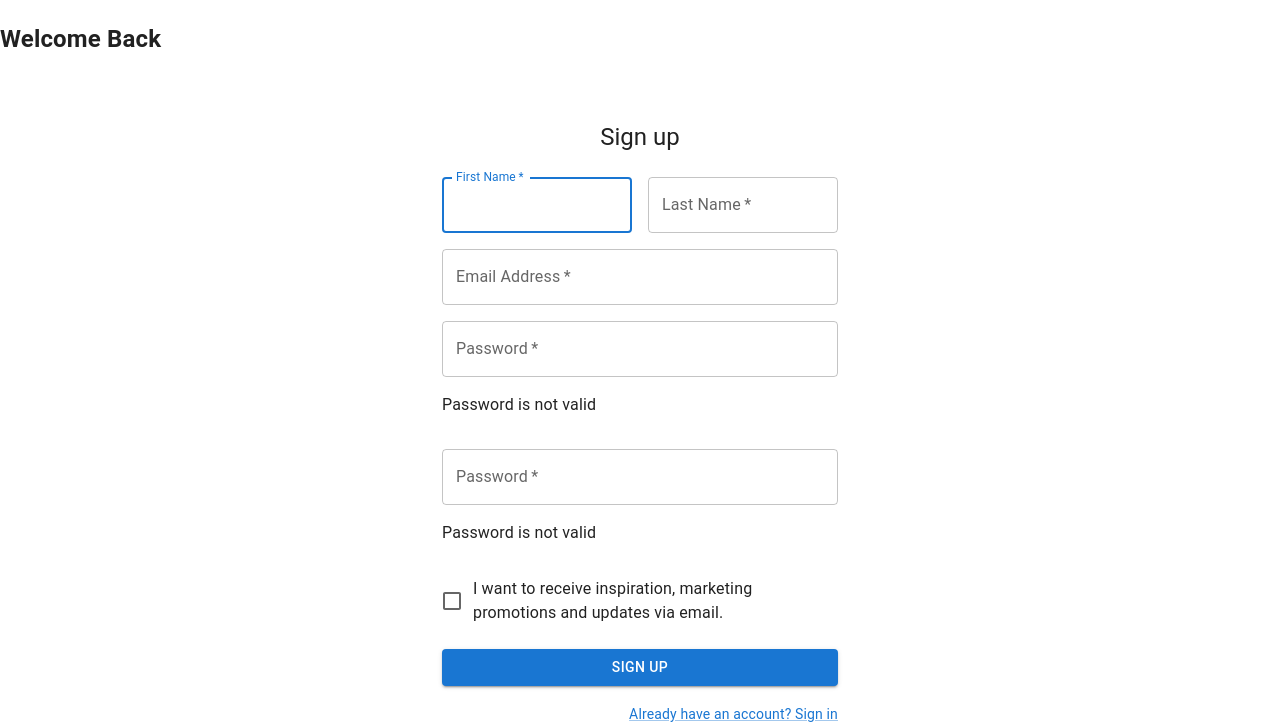
Repository: NGHIAVN1/Note
Page: /
An editor plug-in stored every save of this project. The page is shown before and after the next save, followed by the edit.
The browser window is 1280 px wide. The pictures show the whole page.
The project was rebuilt for these pictures with package versions that can differ from the ones it lists, and the page was loaded fresh each time. Also part of the build but not shown: vite.config.js, src/Pet.jsx, src/useBreedList.jsx, src/SearchParams.jsx.

Above is the page before, as saved 2024-03-05 16:38:24.

After the next save:
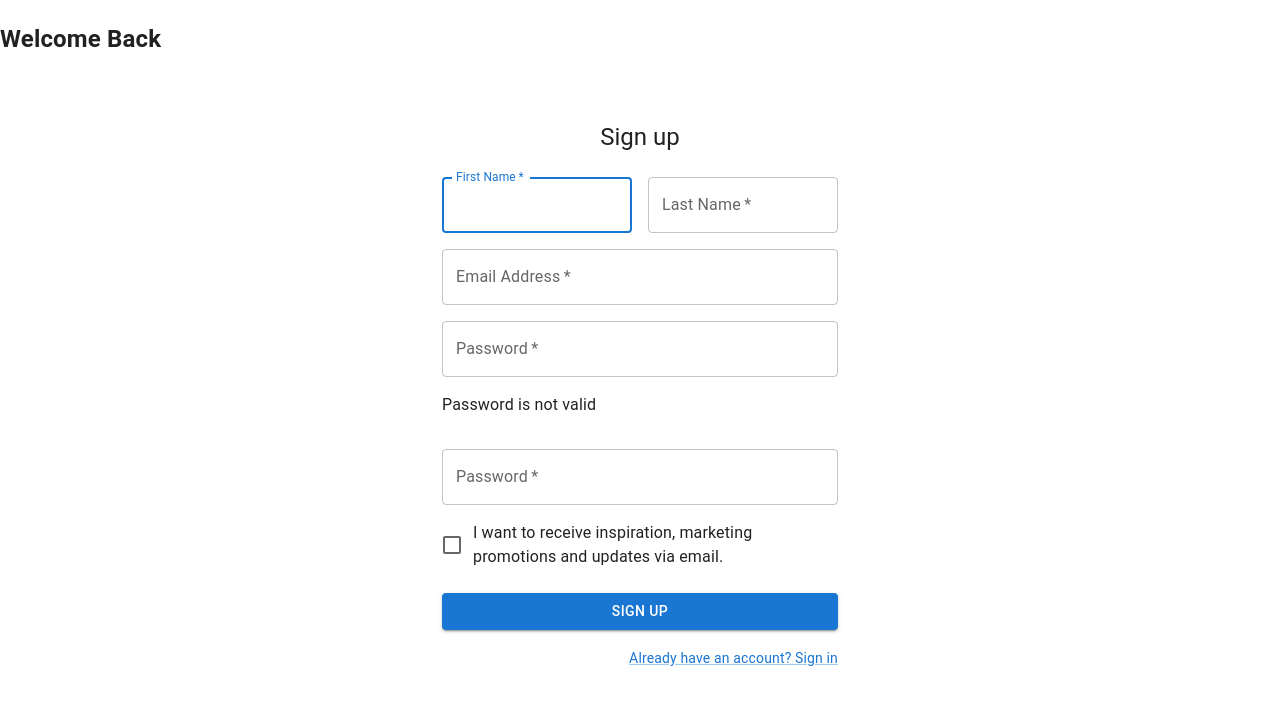
Saved 34 s later.
--- a/src/Register.jsx
+++ b/src/Register.jsx
@@ -115,11 +115,6 @@ export default function RegisterUser() {
                     setPassword(e.target.value);
                   }}
                 />
-                <p>
-                  {validatePassword(password)
-                    ? "Password is valid"
-                    : "Password is not valid"}
-                </p>
               </Grid>
               <Grid item xs={12}>
                 <FormControlLabel
